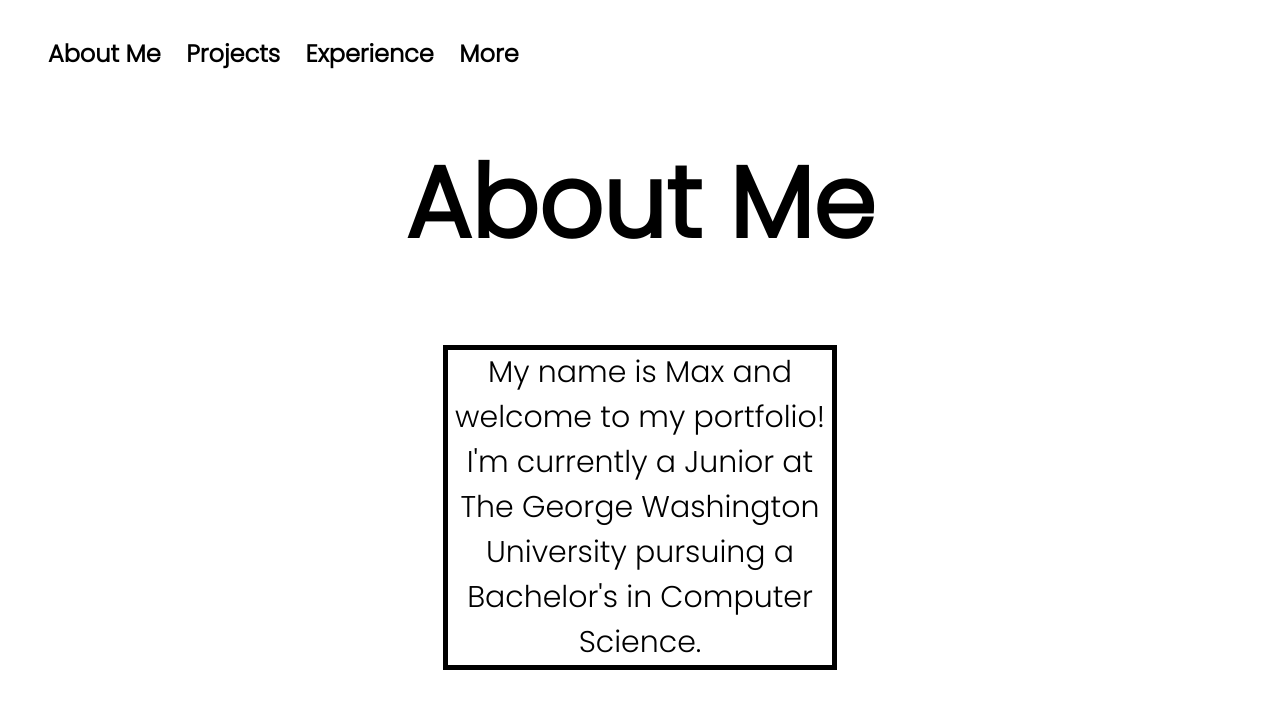
Repository: notMaximilian/maximilianaquino.github.io
Page: about.html
These files come from the project's save history. The page is drawn as it stood at one moment and after the next save; the edit follows.
The browser window is 1280 px wide. The pictures show the whole page.

Above is the page before, as saved 2022-02-10 09:49:32.

### about.html
<!DOCTYPE html>
<html lang="en">

<head>
  <meta charset="UTF-8">
  <meta name="viewport" content="width=device-width, initial-scale=1, user-scaleable=no">
  <title>Max Aquino</title>
  <link rel="preconnect" href="https://fonts.googleapis.com">
  <link rel="preconnect" href="https://fonts.gstatic.com" crossorigin>
  <link href="https://fonts.googleapis.com/css2?family=Poppins:wght@300&display=swap" rel="stylesheet">
  <link rel="stylesheet" href="css/subpage.css">
</head>

<body>


      <div class="mainNav">
        <ul class = "navmenu">
          <li class = "navmenuItems"><h2 id="about">About Me</h2></li>
          <li class = "navmenuItems"><h2 id="projects">Projects</h2></li>
          <li class = "navmenuItems"><h2 id="experience">Experience</h2></li>
          <li class = "navmenuItems"><h2 id="more">More</h2></li>
        </ul>

      <br>
      <br>
      <br>
      <h1>About Me</h1>
      <p>My name is Max and welcome to my portfolio! I'm currently a Junior at
        The George Washington University pursuing a Bachelor's in Computer Science.

      </p>



  <!-- Maximilian Fade in and out -->

  <!-- <script src="js/game.js"></script> -->
</body>

</html>

### css/subpage.css
.corners{
    position: absolute;
    width: 16vw;
}

#cornerL{
    transform: translate(-35vw, 23vh);
}
#cornerR{
    transform: translate(35vw, 23vh);
}

#github{
    position: absolute;
    width: 7vw;
    transform: translate(32vw, 28vh);
}
#twitter{
    position: absolute;
    width: 7vw;
    transform: translate(-32vw, 30vh);
}

ul{
    list-style-type: none;
}
li{
    float: left;
    font-family: "Poppins", sans-serif;
    margin-right: 2vw;
}

h1{
    font-family: "Poppins", sans-serif;
    text-align: center;
    margin-top: 8vh;
    font-size: 100px;
}

p{
    inline-size: 30vw;
    font-family: "Poppins", sans-serif;
    text-align: center;
    border: 5px solid black;
    margin: 0 auto;
    font-size: 30px ;
}

After the next save:
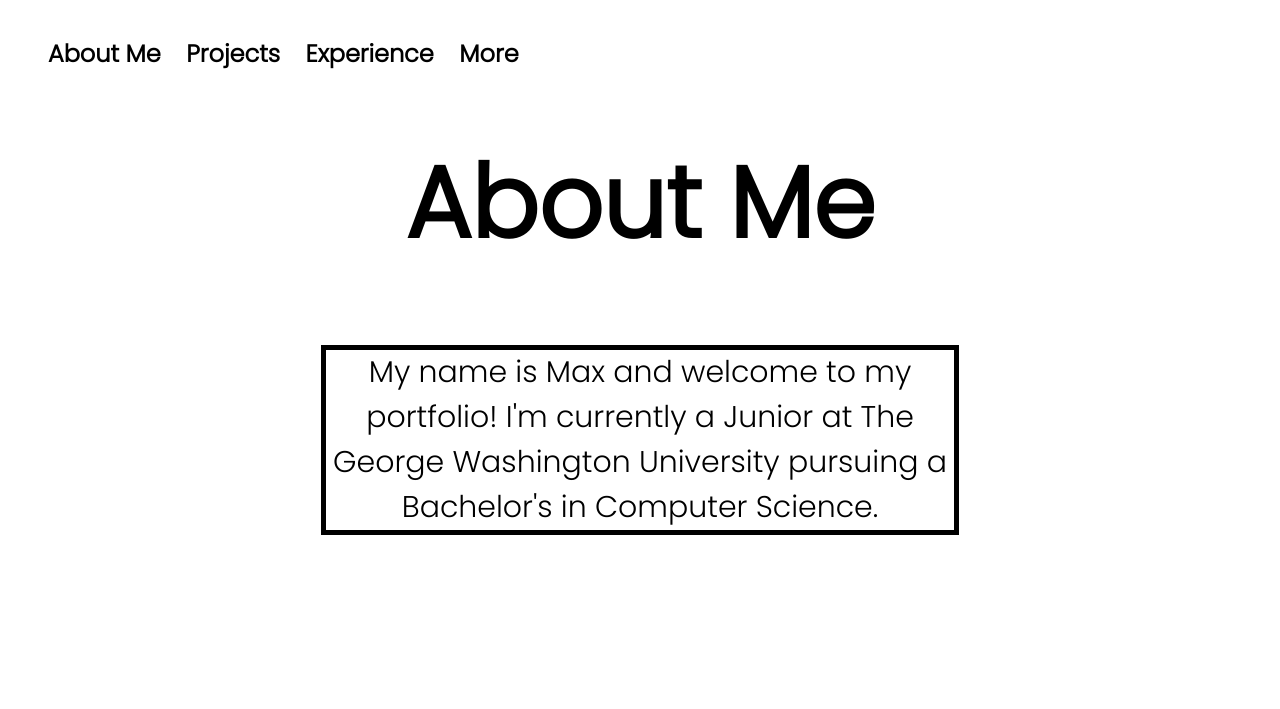
Saved 7 s later.
--- a/css/subpage.css
+++ b/css/subpage.css
@@ -38,7 +38,7 @@ h1{
 }
 
 p{
-    inline-size: 30vw;
+    inline-size: 49vw;
     font-family: "Poppins", sans-serif;
     text-align: center;
     border: 5px solid black;
